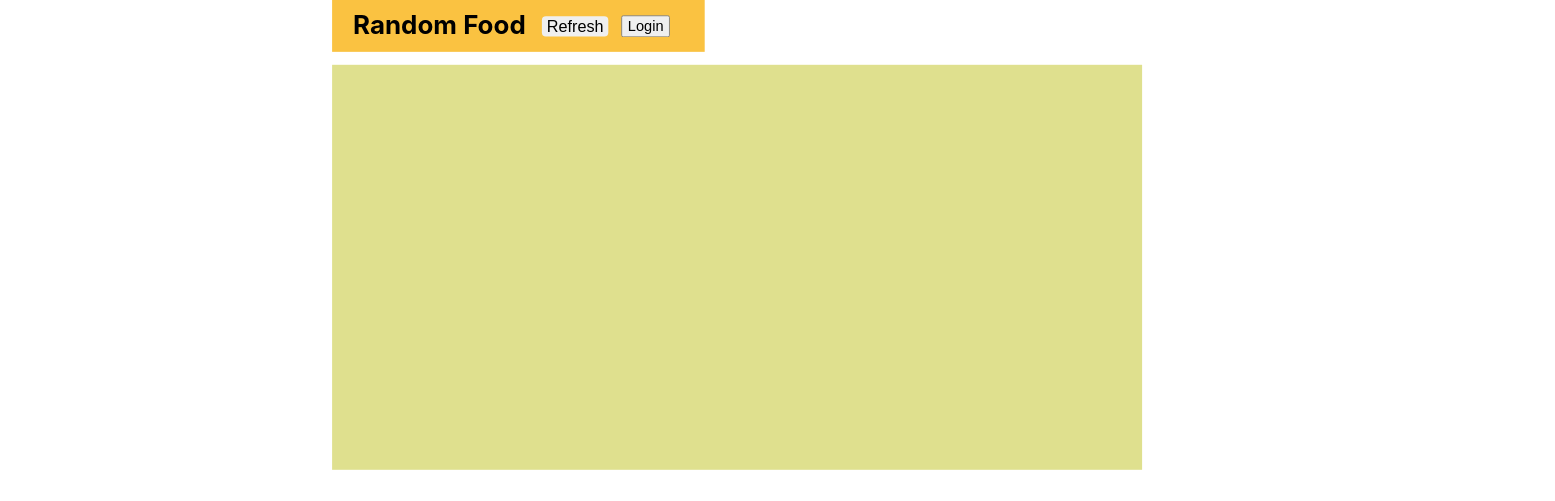
Repository: limjoohyun2030/random-food
Page: /random-food/home
An editor plug-in stored every save of this project. The page is shown before and after the next save, followed by the edit.
The browser window is 1280 px wide. The page is 1410 px wide, then 2410 px, so the pictures cover 1920 px, including what lies to the right of the window. The pictures show the whole page, at 81% of full size.
The page's requests for data from a server got no answer. The project was rebuilt for these pictures with package versions that can differ from the ones it lists, and the page was loaded fresh each time. A package was used in the major version that the imports need, not the one package.json lists. No one was signed in, and anything a server would have sent is missing. Also part of the build but not shown: src/components/food_detail/food_detail.module.css, src/components/food_detail/food_detail.jsx, src/components/food_item/food_item.module.css, src/components/food_item/food_item.jsx, src/components/login/login.module.css, src/components/login/login.jsx.

Above is the page before, as saved 2021-11-11 17:36:10.

After the next save:
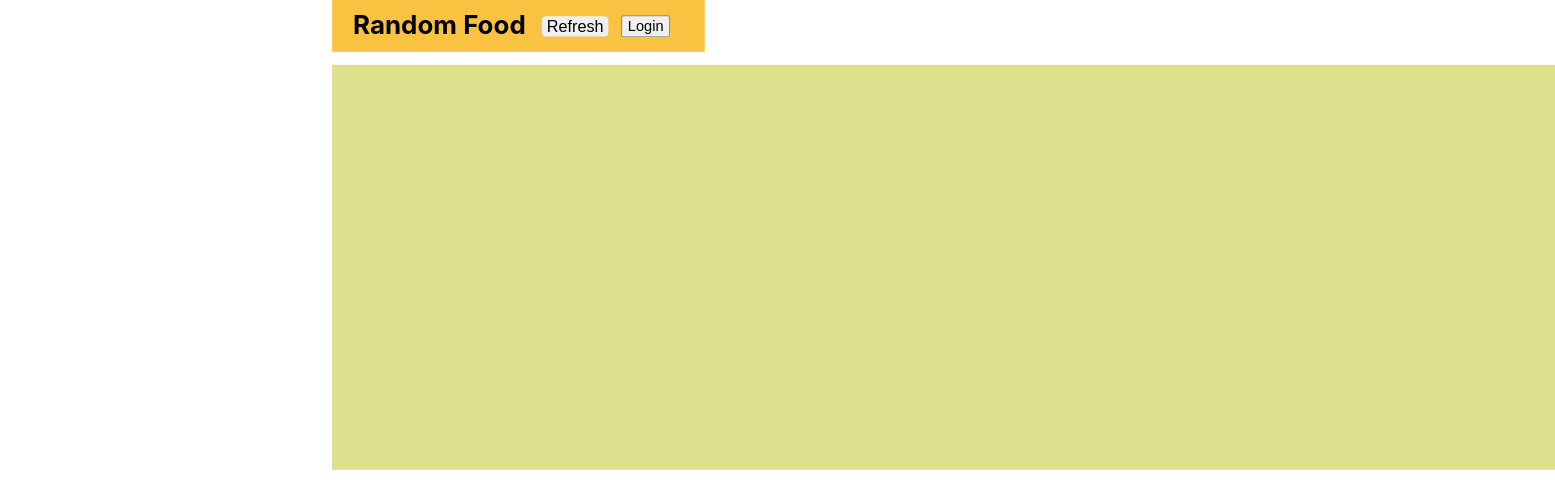
Saved 10 s later.
--- a/src/app.module.css
+++ b/src/app.module.css
@@ -16,7 +16,7 @@
   /* margin: auto 0; */
   margin-top: 1em;
   height: 500px;
-  width: 1000px;
+  width: 2000px;
   position: absolute;
   background-color: #dfe08e;
 }
